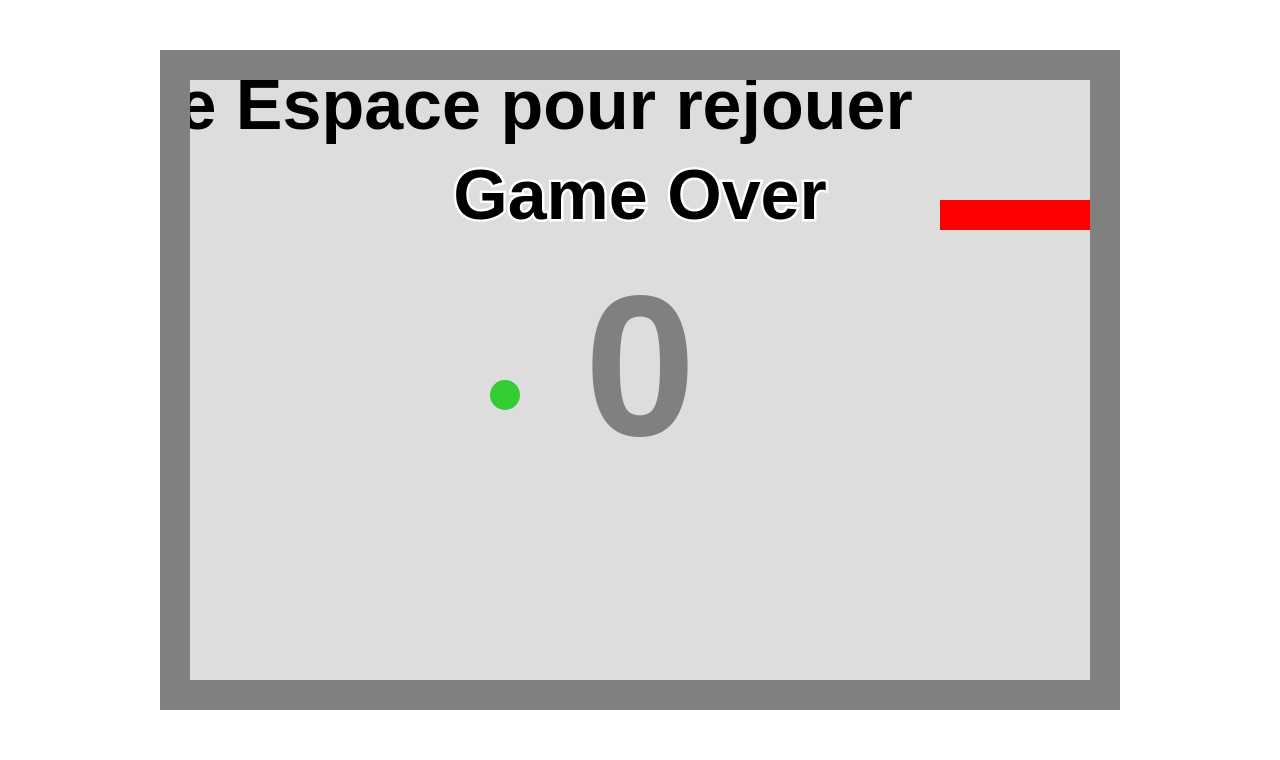
Repository: 0Memo/serpent
Page: index.html
The author's editor kept a copy of each file at every save. The page is drawn from the files as they stood at one save, then again after the next save.
The browser window is 1280 px wide. The pictures show the whole page.

Above is the page before, as saved 2020-12-16 22:21:43.

After the next save:
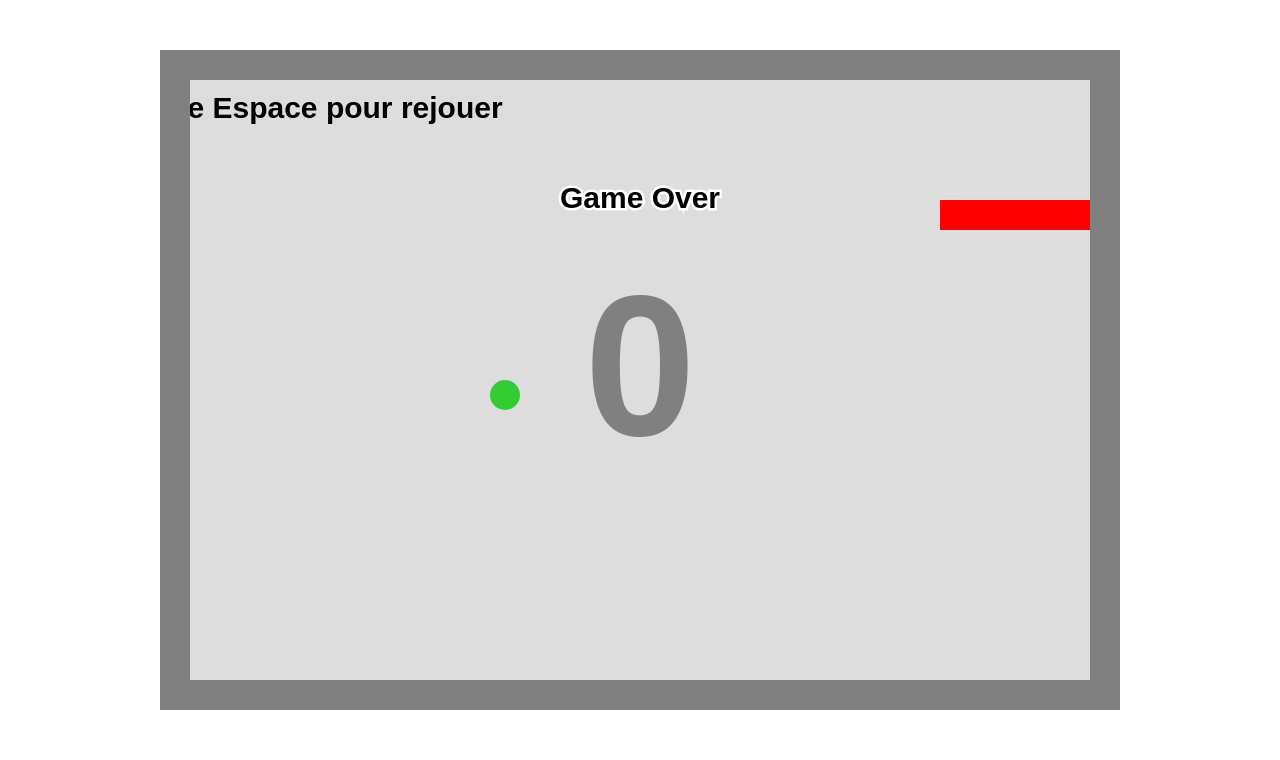
Saved 29 s later.
--- a/js/script.js
+++ b/js/script.js
@@ -57,7 +57,7 @@ window.onload = function(){
     function gameOver()
     {
         ctx.save();
-        ctx.font = "bold 70px sans-serif";
+        ctx.font = "bold 30px sans-serif";
         ctx.fillStyle = "#000";
         ctx.textAlign = "center";
         ctx.textBaseline = "middle";
